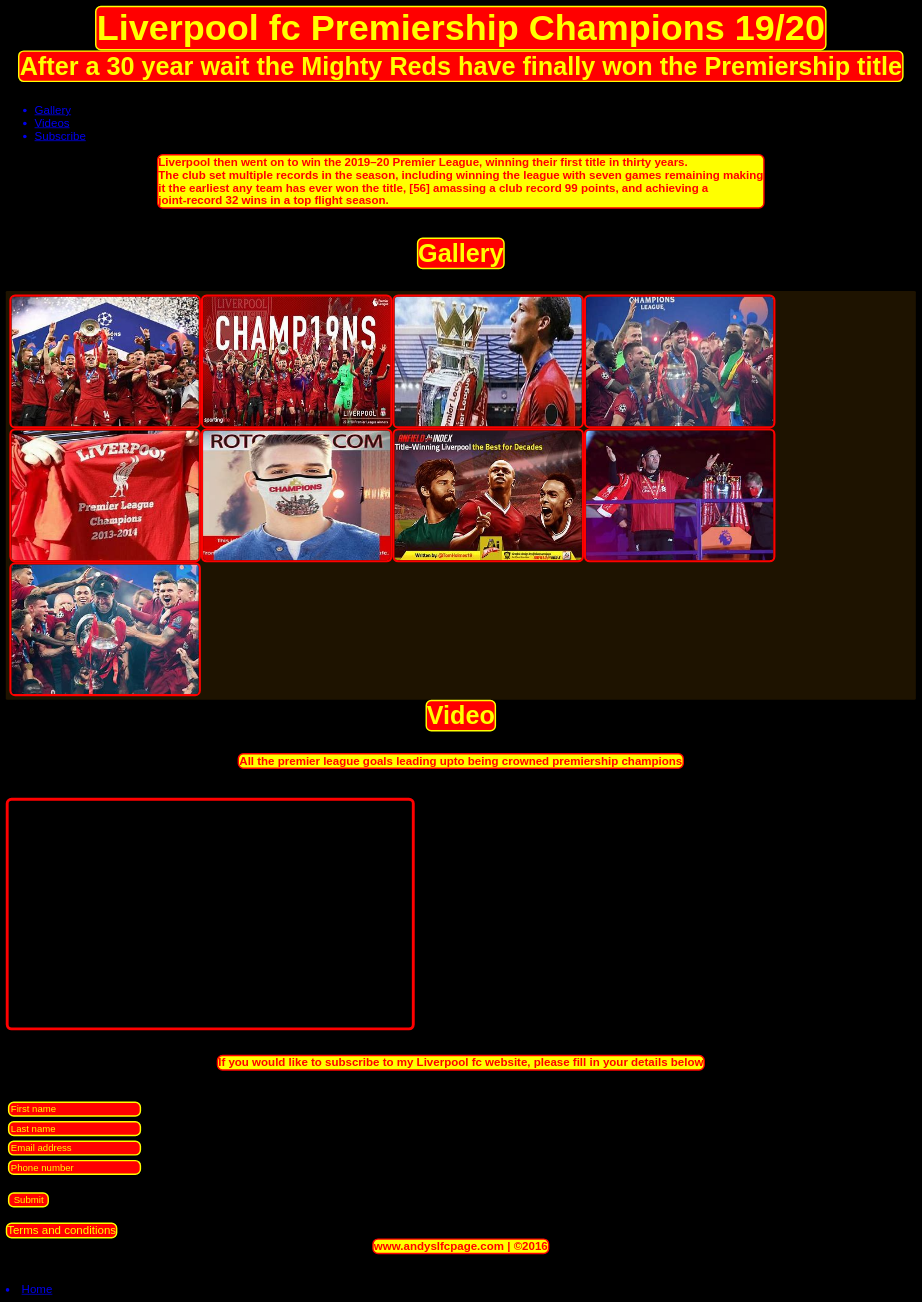
Repository: andyd71/HTML_and_CSS
Page: one_page_website/One_Page_Website.html
These files come from the project's save history. The page is drawn as it stood at one moment and after the next save; the edit follows.
The browser window is 1280 px wide. The pictures show the whole page, at 72% of full size.
Pictures or frames that could not be fetched are drawn as grey boxes.

Above is the page before, as saved 2020-10-09 20:00:20.

### one_page_website/One_Page_Website.html
<!DOCTYPE html>
<html lang="en">
<head>
<meta charset="utf-8">
<title>My LFC webpage</title>
<link rel = "stylesheet" type = "text/CSS" href = "./css/One_Page_Website.css">
</head>
<body>
<div id="home">
<header>
<h1>Liverpool fc Premiership Champions 19/20 </h1>
<h3>After a 30 year wait the Mighty Reds have finally won the Premiership title</h3>
</header>
<!--NAV-->

</div>
<div>
<ul>
<a href="#gallery"><li>Gallery</li>
<a href="#videos"><li>Videos</li>
<a href="#subscription"><li>Subscribe</li></a>
</ul>
</div>
<!--END NAV-->
<!--HOME-->
<div id="home">
<p>Liverpool then went on to win the 2019–20 Premier League, winning their first title in thirty years.<br>
 The club set multiple records in the season, including winning the league with seven games remaining making<br>
 it the earliest any team has ever won the title, [56] amassing a club record 99 points, and achieving a <br>
 joint-record 32 wins in a top flight season.</p>
 </div>
 <!--END HOME-->
 <!--GALLERY-->
 <h3>Gallery</h3>
 <div id="gallery">
    <div id="flex-container">

 <img src="./images/lfc1.jpeg" alt="lfc celebrations"></img><br>
 <img src="./images/lfc2.jpeg" alt="lfc celebrations2"></img><br>
 <img src="./images/lfc3.jpeg" alt="van dyk and trophy"></img><br>
 <img src="./images/lfc4.jpeg" alt="jurgen klopp"></img><br>
 <img src="./images/lfc5.jpeg" alt="lfc t shirt"></img><br>
 <img src="./images/lfc6.jpeg" alt="lfc face mask"></img><br>
 <img src="./images/lfc7.jpeg" alt="lfc trio"></img><br>
 <img src="./images/lfc8.jpeg" alt="jurgen klopp 2"></img><br>
 <img src="./images/lfc9.jpeg" alt="jurgen klopp 3"></img><br>
</div>
</div>
 <!--END GALLERY-->
 <!--VIDEO-->
 <div id="videos">
 <h3>Video</h3>
 <p>All the premier league goals leading upto being crowned premiership champions</p>
 <iframe width="560" height="315" src="https://www.bing.com/videos/search?q=lfc+premier+league+champions&&view=detail&mid=1A960A4E3B330AA705841A960A4E3B330AA70584&&FORM=VRDGAR&ru=%2Fvideos%2Fsearch%3Fq%3Dlfc%2Bpremier%2Bleague%2Bchampions%26qs%3DAS%26form%3DQBVLPG%26sp%3D1%26pq%3Dlfc%2Bpremier%26sc%3D8-11%26cvid%3DD1CF79B54EFC4960A0E7F0BA9E0FD3FC" frameborder="0" allow="accelerometer; encrypted-media; gyroscope; picture-in-picture" allowfullscreen></iframe>
 </div>
<!--END VIDEO-->
<!--SUBSCRIPTION-->
<div id="subscription">
<p>If you would like to subscribe to my Liverpool fc website, please fill in your details below</p>

<form action="" method="post">
<input class="subscription" type="text" value="First name"><br>
<input class="subscription" type="text" value="Last name"><br>
<input class="subscription" type="text" value="Email address"><br>
<input class="subscription" type="text" value="Phone number"><br><br>
<input type="submit" value="Submit"><br><br>
<div id= "terms">
<label class="terms">Terms and conditions</label><br>
</div>
</form>
</div>
<!--END SUBSCRIPTION-->

<!--FOOTER-->
<footer>
<div>
<p>www.andyslfcpage.com&nbsp;|&nbsp;&copy;2016</p>


</div>
<a href="#home" id="link"><li>Home</li>
</footer>
<!--END FOOTER-->

### one_page_website/css/One_page_website.css

body {
	background-color: black;
	font-family: Arial, Helvetica, sans-serif;
}



h1 {

	color : yellow;
	text-align : center;
	font-weight : bold;
	background : red;
	border: 2px solid yellow;
	border-radius: 8px;
	font-size: 50px;
	width: fit-content;
	margin: auto;
}
h3 {
	color : yellow;
	text-align : center;
	background : red;
	border: 2px solid yellow;
	border-radius: 8px;
	font-size: 35px;
	width: fit-content;
	margin: auto;
	margin-bottom: 30px;
}
}
h2 {
	color : yellow;
	background : red;
	border-radius: 8px;
}




p  {
	color : red;
	background: yellow;
	border: 2px solid red;
	border-radius: 8px;
	font-size: 16px;
	font-weight: 900;
	width: fit-content;
	margin: auto;
	margin-bottom: 40px;
}

 input {
	border: 2px solid yellow;
	background-color: red;
	color: yellow;
	border-radius: 8px;
	margin: 3px;
	width: fit-content;
}

#terms {
	border: 2px solid yellow;
	background-color: red;
	color: yellow;
	border-radius: 8px;
	width: fit-content;
}

iframe {
	border: 4px solid red;
	border-radius: 8px;
	margin-bottom: 30px;
}





#flex-container {
	display: -webkit-flex;
    display: flex;
    flex-wrap: wrap;
    padding: 5px;
    border-radius: 2px;
	margin: 0px auto;
	background-color: rgba(100, 65, 0, .3);
    box-shadow: 2px 2px 10px 0 rgba(0, 0, 0, 0.5);
}

#flex-container img {
	border: 3px solid red;
	width: 260px;
	height: 180px;
	border-radius: 8px;
}

After the next save:
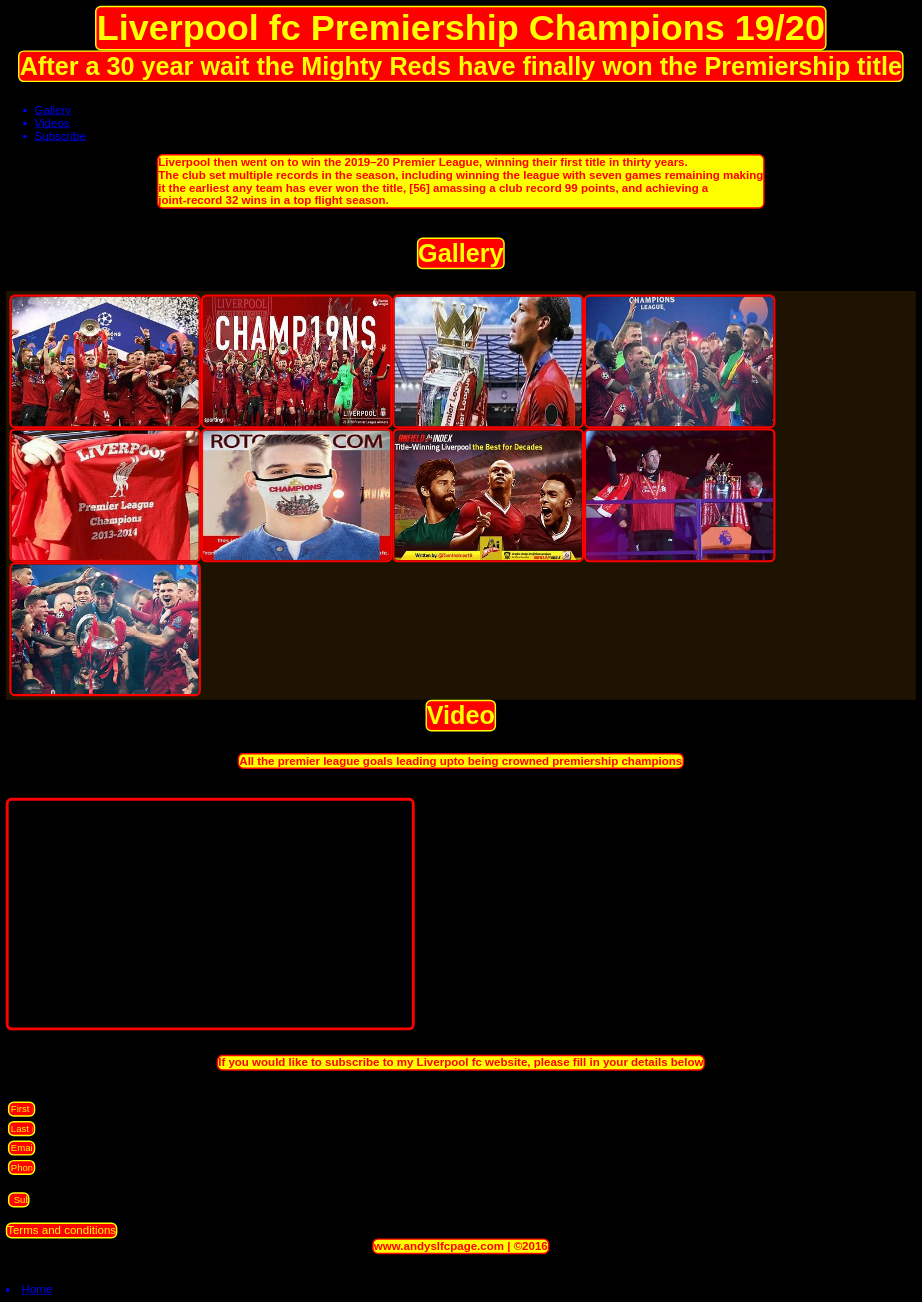
Saved 35 s later.
--- a/one_page_website/css/One_page_website.css
+++ b/one_page_website/css/One_page_website.css
@@ -57,7 +57,7 @@
 	color: yellow;
 	border-radius: 8px;
 	margin: 3px;
-	width: fit-content;
+	width: 30px;
 }
 
 #terms {
